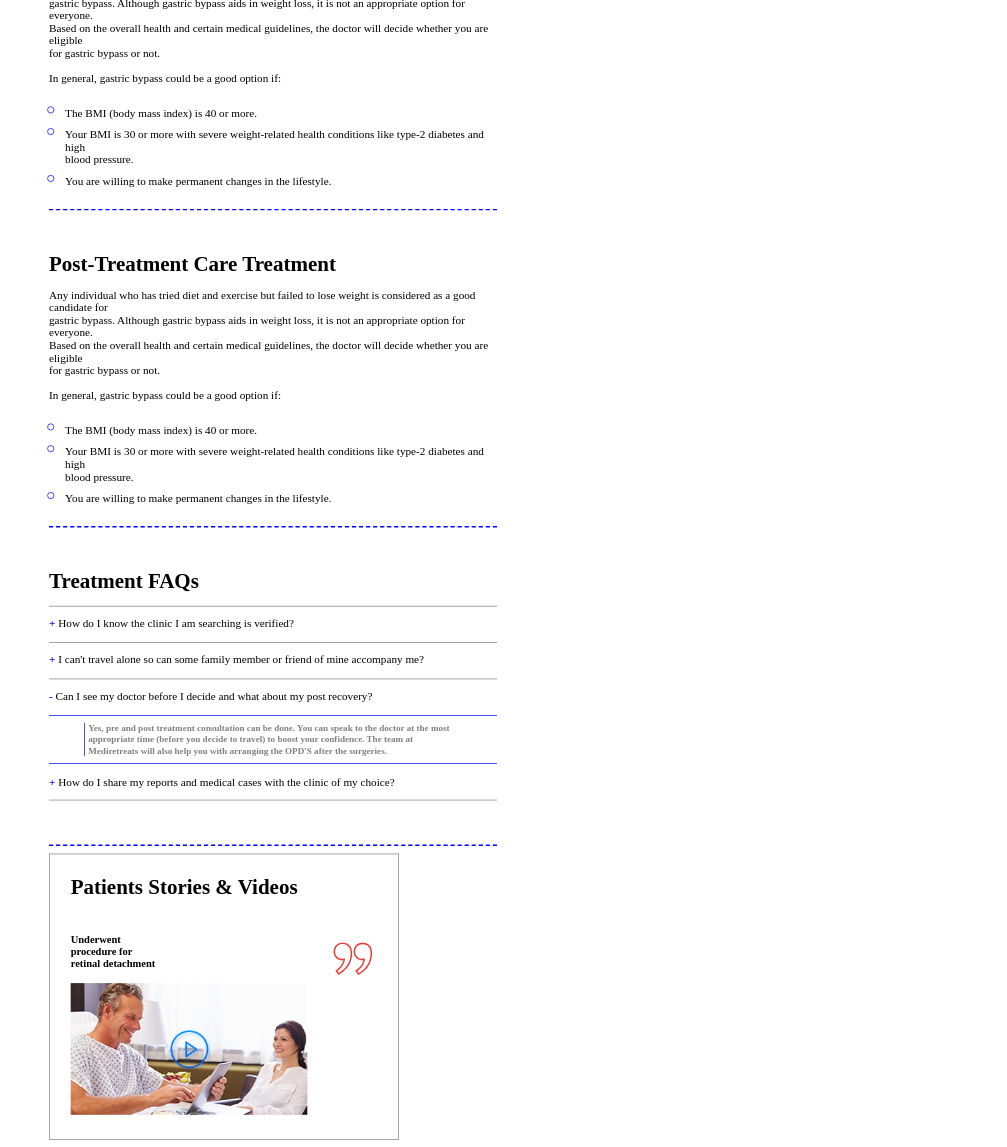
Repository: hetuk2005/webDevelopment
Page: Projects/Aafiya.html
The author's editor kept a copy of each file at every save. The page is drawn from the files as they stood at one save, then again after the next save.
The browser window is 1280 px wide. The page is 1438 px wide, so the pictures cover 1438 px, including what lies to the right of the window. The pictures show the part of the page from y = 2849 to 4569 px (the page is 4487 px tall before and 4569 px after), at 70% of full size.

Above is the page before, as saved 2025-04-08 10:36:15.

After the next save:
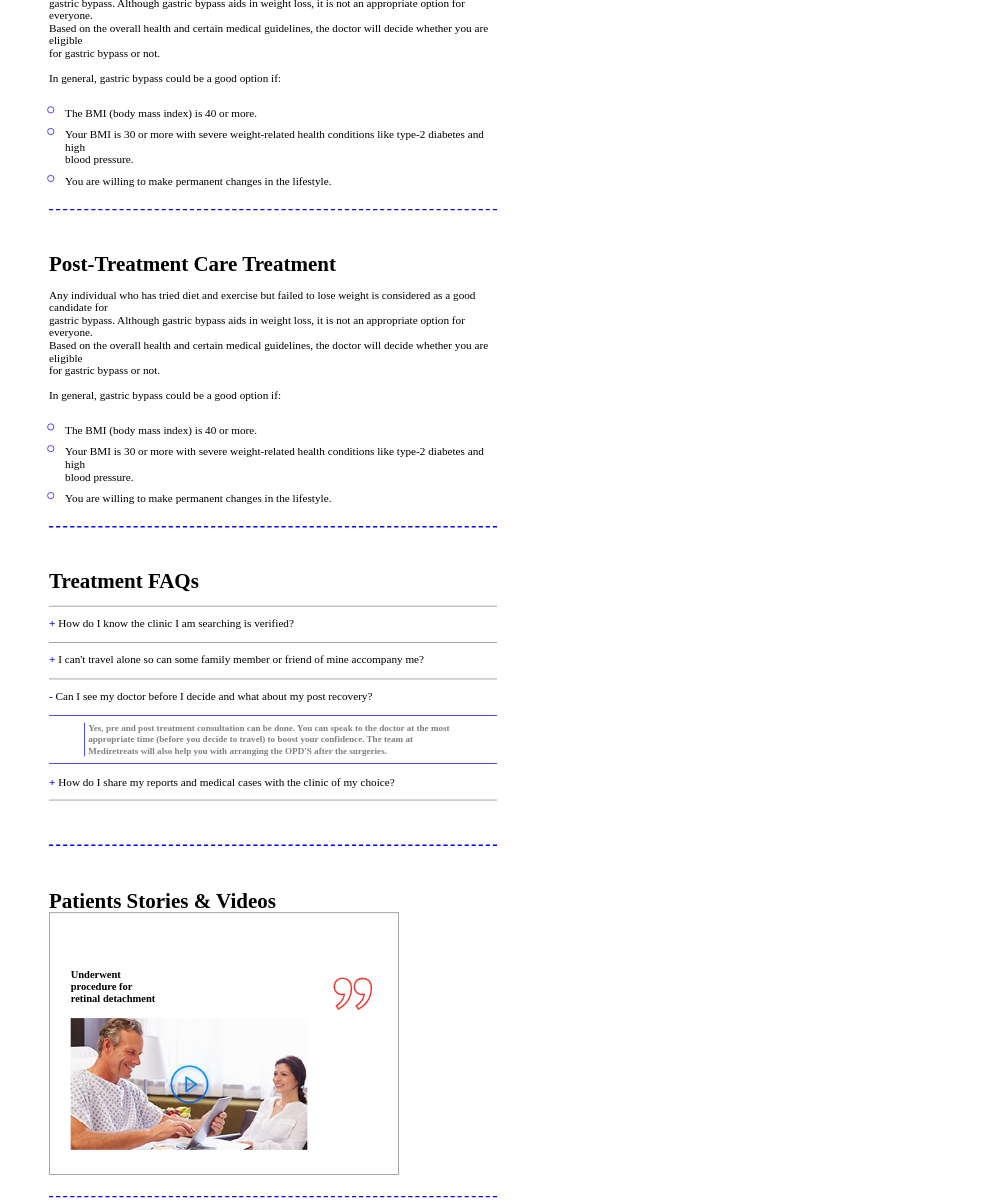
Saved 23 s later.
--- a/Projects/CSS/Aafiya.css
+++ b/Projects/CSS/Aafiya.css
@@ -509,7 +509,7 @@ span {
     font-weight: bold;
 }
 
-.patient_stories {
+.patient_stories>.stories_img {
     border: 1px solid gray;
     width: 500px;
     padding: 30px;
